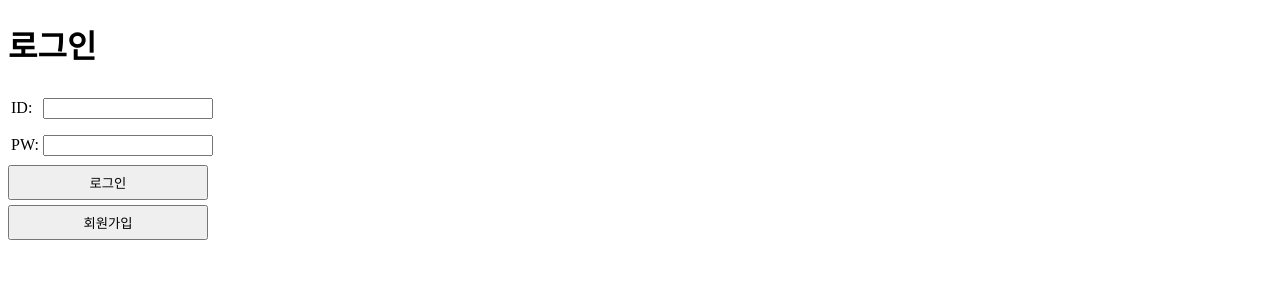
Repository: euniiee/test11
Page: http://localhost/Project/Login.jsp
These files come from the project's save history. The page is drawn as it stood at one moment and after the next save; the edit follows.
The browser window is 1280 px wide. The pictures show the whole page.
The page is served by Tomcat 9.

Above is the page before, as saved 2023-02-01 03:14:46.

After the next save:
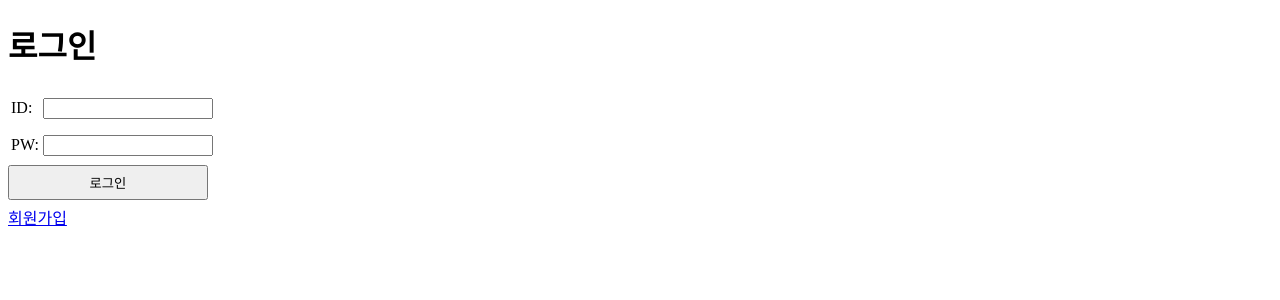
Saved 2 min 25 s later.
--- a/Project/WebContent/Login.jsp
+++ b/Project/WebContent/Login.jsp
@@ -31,7 +31,7 @@
 			</tr>
 		</table>
 			<input class="login" type="submit" value="로그인" style="width:100%;  height:35px; margin-bottom:5px"><br>
-			<input class="join" type="submit" value="회원가입" style="width:100%; height:35px "><br>
+			<a href="join.jsp" style="width:100%; height:35px ">회원가입</a><br>
 	</form>
 </body>
 </html>

After the save that followed:
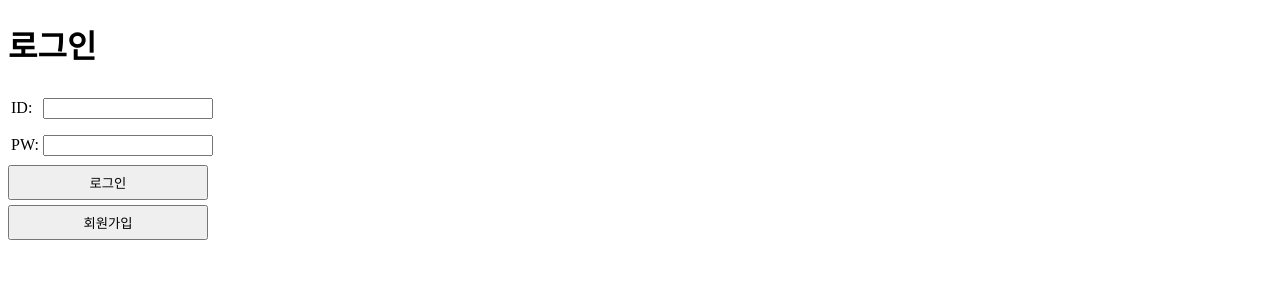
Saved 42 s later.
--- a/Project/WebContent/Login.jsp
+++ b/Project/WebContent/Login.jsp
@@ -31,7 +31,7 @@
 			</tr>
 		</table>
 			<input class="login" type="submit" value="로그인" style="width:100%;  height:35px; margin-bottom:5px"><br>
-			<a href="join.jsp" style="width:100%; height:35px ">회원가입</a><br>
+			<input class="join" type="button" value="회원가입" style="width:100%; height:35px "><br>
 	</form>
 </body>
 </html>
